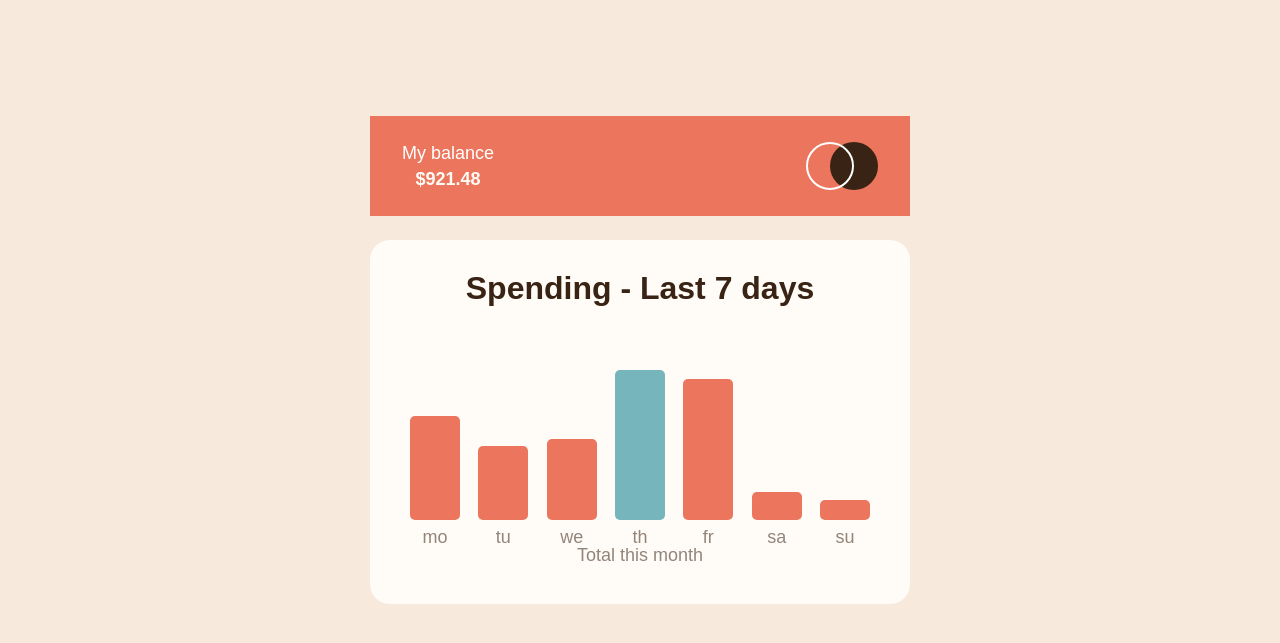
Repository: usmanov16/6-oy-2-dars-
Page: /
The author's editor kept a copy of each file at every save. The page is drawn from the files as they stood at one save, then again after a run of saves.
The browser window is 1280 px wide. The pictures show the whole page.
The project was rebuilt for these pictures with package versions that can differ from the ones it lists, and the page was loaded fresh each time. Also part of the build but not shown: vite.config.js.

Above is the page before, as saved 2025-08-28 14:35:12.

After the next 3 saves:
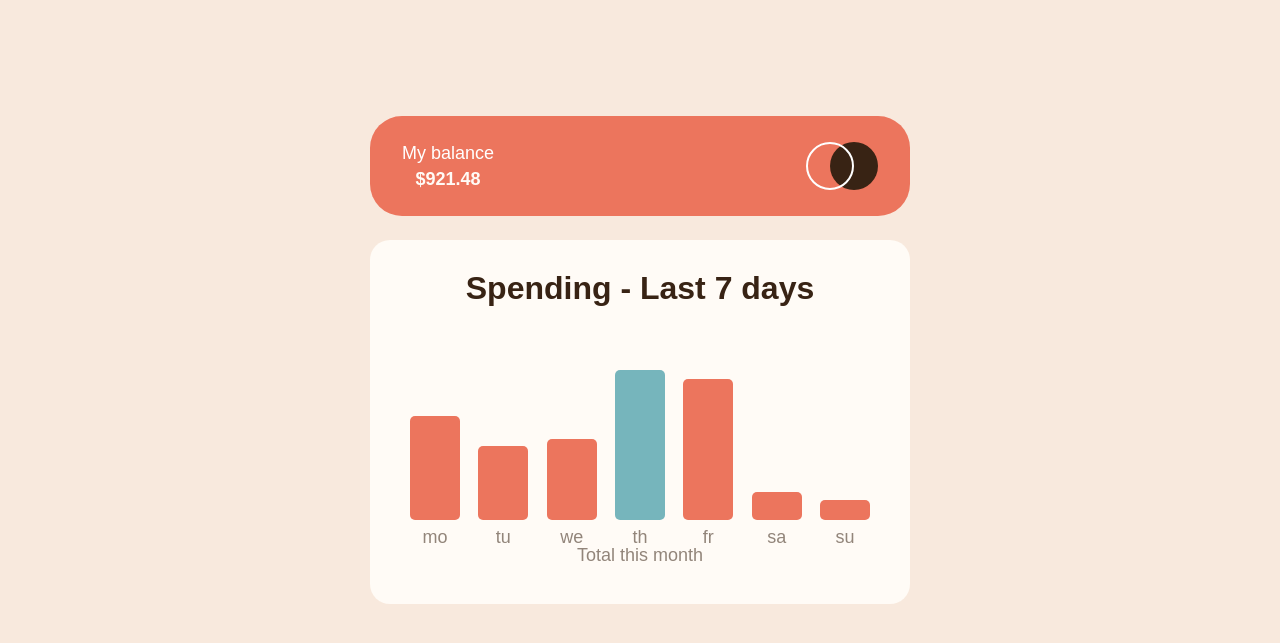
The 3 saves are shown as one change because they came seconds apart.
The last was saved 27 s later.
--- a/src/components/CardTop.jsx
+++ b/src/components/CardTop.jsx
@@ -2,7 +2,7 @@ import React from 'react'
 
 function CardTop() {
   return (
-    <div className='flex items-center justify-between px-8 py-6.5 bg-red rounded[1.25rem]'>
+    <div className='flex items-center justify-between px-8 py-6.5 bg-red rounded-4xl'>
         <div className='flex flex-col gap-2'>
             <span className='text-white'>My balance</span>
             <span className='font-bold text-card-white text[2rem]'>$921.48</span>
